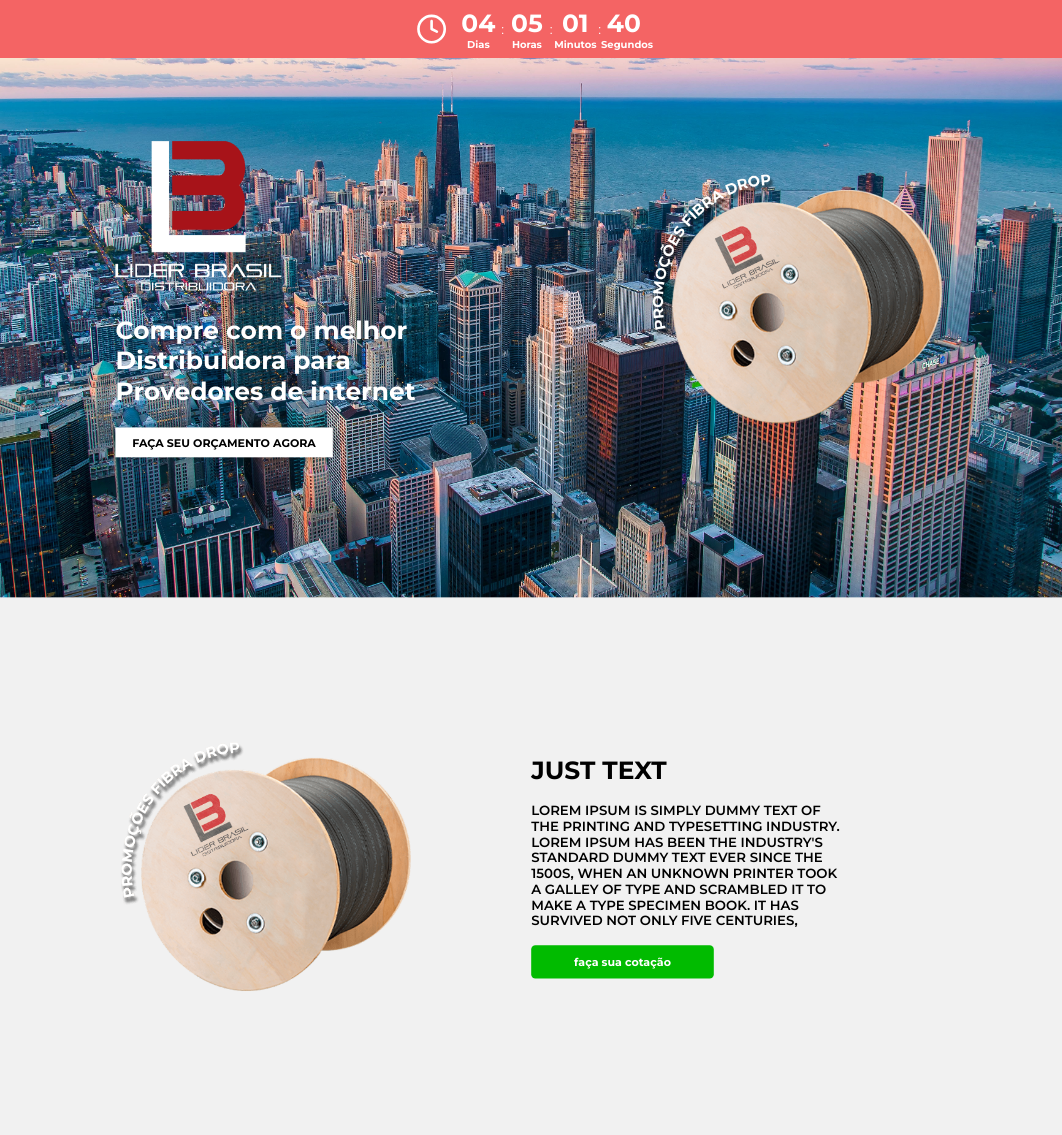
Repository: mateus-henrique-silva/landing_drop
Page: index.html
These files come from the project's save history. The page is drawn as it stood at one moment and after the next save; the edit follows.
The browser window is 1280 px wide. The pictures show the whole page, at 83% of full size.
Backgrounds fixed to the window are drawn as part of the page. Some web fonts or font styles are not loaded; a fallback is used.

Above is the page before, as saved 2022-08-26 13:21:52.

### index.html
<!DOCTYPE html>
<html lang="en">
  <head>
    <meta charset="UTF-8" />
    <meta http-equiv="X-UA-Compatible" content="IE=edge" />
    <meta name="viewport" content="width=device-width, initial-scale=1.0" />
    <link rel="stylesheet" href="./src/CSS/Footer/Styles.css" />
    <link rel="stylesheet" href="./src/CSS/Header/styles.css" />
    <link rel="stylesheet" href="./src/CSS/Main/styles.css" />
    <link rel="stylesheet" href="./src/CSS/Global.css" />
    <link rel="stylesheet" href="./src/CSS/Header/Clock/styles.css" />
    <link rel="stylesheet" href="./src/CSS/Main/cotação/cotacao.css" />
    <title>Drop Líder Brasil</title>
  </head>
  <body>
    <header>
      <img src="./src/Assets/clock.svg" alt="imagem icon" srcset="" />

      <div class="regressive-count">
        <div class="ajust">
          <div id="day">00</div>
          <p style="font-size: 12px">Dias</p>
        </div>
        <span>:</span>
        <div class="ajust">
          <div id="hour">00</div>
          <p style="font-size: 12px; text-align: center">Horas</p>
        </div>
        <span>:</span>
        <div class="ajust">
          <div id="minute">00</div>
          <p style="font-size: 12px">Minutos</p>
        </div>
        <span>:</span>
        <div class="ajust">
          <div id="sec">00</div>
          <p style="font-size: 12px">Segundos</p>
        </div>
      </div>
    </header>
    <main>
      <section class="main">
        <div class="main-first">
          <div class="main-first-two">
            <img src="./src/Assets/logo.png" alt="" class="logo" />
            <div class="text-main">
              <p>Compre com o melhor</p>
              <p>Distribuidora para</p>
              <p>Provedores de internet</p>
            </div>

            <button class="btn-main-first">Faça seu Orçamento Agora</button>
          </div>
        </div>
        <div class="main-second">
          <img src="./src/Assets/lb.png" alt="" class="img-drop" />
        </div>
      </section>

      <section class="icons"></section>
      <section class="cotacao">
        <div class="img-king-cable">
          <img src="./src/Assets/lb.png" alt="" class="king">
        </div>
        <div class="just-text">
          <h2>just text</h2>
          <p>
            Lorem Ipsum is simply dummy text of the printing and typesetting
            industry. Lorem Ipsum has been the industry's standard dummy text
            ever since the 1500s, when an unknown printer took a galley of type
            and scrambled it to make a type specimen book. It has survived not
            only five centuries,
          </p>
          <button class="btn-king">
            faça sua cotação
          </button>
        </div>
      </section>
    </main>
    <footer></footer>
    <script src="./src/Script/clock/script.js"></script>
  </body>
</html>

### src/CSS/Footer/Styles.css
footer{
    width: 100%;
}

### src/CSS/Header/styles.css
header{
    width:100%;
    position: fixed;
    background-color: #f46464;
    height:70px;
    display:flex;
    position:fixed;
    align-items:center;
    justify-content:center;
}


header img{
    width:38px;
    height:38x;
}

### src/CSS/Main/styles.css
main {
  width: 100%;
  max-width: 100vw;
}

.main {
  width: 100%;
  height: 100vh;
  display: flex;
  background: url("../../Assets/city.jpg") no-repeat fixed center;
  background-size: cover;
}

.main .main-first {
  display: flex;
  flex-direction: column;
  width: 50vw;
  align-items: center;
  justify-content: center;
  height: 100%;
}

.main .main-first img {
  width: 200px;
  height: 180px;
}
.main .main-first .text-main {
  color: white;
  margin-top: 25px;

  font-size: 30px;
  font-weight: bold;
  text-align: left ;
}
.main .main-second {
  width: 50vw;
  height: 100%;
  justify-content: center;
  align-items: center;
  display: flex;
}
.main .main-second img {
  width: 350px;
  height: 300px;
}

.btn-main-first {
  text-transform: uppercase;
  font-weight: bold;
  margin-top: 25px;
  cursor: pointer;
  padding: 10px 20px 10px;
  background-color: white;
  -webkit-box-shadow: 0px 0px 11px 1px rgba(0, 0, 0, 0.36);
  box-shadow: 0px 0px 11px 1px rgba(0, 0, 0, 0.36);
}


@media(max-width:836px){
  .main{
    display: block;
  }


.main .main-first {
  width: 100%;
  display: flex;
  flex-direction: column;
  justify-content: center;
  align-items: center;
  text-align: center;
}

.main .main-first .main-first-two .logo {
  width:160px;
  height: 150px;
  margin-top: 100px;
}
.text-main{
  text-align: center!important;
}
.main .main-second {
width: 100%;

margin-top:50px;

}

.main{
  height: 100%;
}
}

### src/CSS/Global.css


@import url('https://fonts.googleapis.com/css2?family=Blaka+Hollow&family=Cormorant+Garamond:ital,wght@0,300;0,400;0,500;0,600;0,700;1,300;1,400;1,500;1,600;1,700&family=Montserrat:ital,wght@0,100;0,200;0,300;0,400;0,500;0,600;0,700;0,800;0,900;1,100;1,200;1,300;1,400;1,500;1,600;1,700;1,800;1,900&family=Poppins:ital,wght@0,100;0,200;0,300;0,400;0,500;0,600;0,700;0,800;0,900;1,100;1,200;1,300;1,400;1,500;1,600;1,700;1,800;1,900&display=swap');
*{
    margin: 0;
    padding: 0;
    border: 0;
    font-family: 'Montserrat', sans-serif;
}

### src/CSS/Header/Clock/styles.css
header .regressive-count{
    display: flex;
    color: white;
    margin-left:10px;
    height:100%;
    align-items: center;
    justify-content: center;


}

header .regressive-count div{
   font-size:30px;

   font-weight:bold;



}

.ajust{
    text-align:center;
    width:55px;
}

### src/CSS/Main/cotação/cotacao.css
.cotacao {
  width: 100%;
  display: flex;
  height: 90vh;
  background-color:#f1f1f1;
  justify-content: center;
  align-items: center;
}
.img-king-cable{
    display: flex;
    justify-content:center;
    width: 50vw;
}

.img-king-cable .king{
  width: 350px;
  height:300px;
}

.just-text{
    display: flex;
    flex-direction: column;
    justify-content:center;
    color: black;
    width:50vw;
}

.just-text h2{
    font-size: 30px;
    text-transform: uppercase;
    font-weight:bold;
    margin-bottom: 20px;
}

.just-text p{
    text-transform: uppercase;
    font-weight:600;
    width: 60%;
}
.btn-king{
    cursor: pointer;
    font-weight: bold;
    color: white;
    border-radius: 5px;
    margin-top: 20px;
    background-color: #01bb00;
   width: 220px;
   height: 40px;
}
@media(max-width: 836px){
    .just-text{
        display: block;
        width:100%;
    }
    .img-king-cable{

        width: 100%;
    }

    .cotacao {

        flex-direction: column;
        align-items:center;
        justify-content:center;
       text-align: center;
    }
    .just-text p{

        width: 100%;
    }
}

### src/Assets/clock.svg
<svg xmlns="http://www.w3.org/2000/svg" width="24" height="24" viewBox="0 0 24 24" fill="none" color="white" stroke="currentColor" stroke-width="2" stroke-linecap="round" stroke-linejoin="round" class="feather feather-clock"><circle cx="12" cy="12" r="10"></circle><polyline points="12 6 12 12 16 14"></polyline></svg>

### src/Script/clock/script.js
let to = new Date("aug 30 2022 18:00:0");
function uptade() {
  let from = new Date();
  diff = to - from;

  (day = setTwoDigit(Math.floor(diff / 1000 / 60 / 60 / 24))),
    (hour = setTwoDigit(Math.floor(diff / 1000 / 60 / 60) % 24)),
    (minute = setTwoDigit(Math.floor(diff / 1000 / 60) % 60)),
    (sec = setTwoDigit(Math.floor(diff / 1000) % 60)),
    (document.querySelector("#day").innerText = day);
  document.querySelector("#hour").innerText = hour;
  document.querySelector("#minute").innerText = minute;
  document.querySelector("#sec").innerText = sec;
}

let interval = setInterval(uptade, 1000);
function setTwoDigit(argument){
    return argument>9?argument:'0'+argument;
}

After the next save:
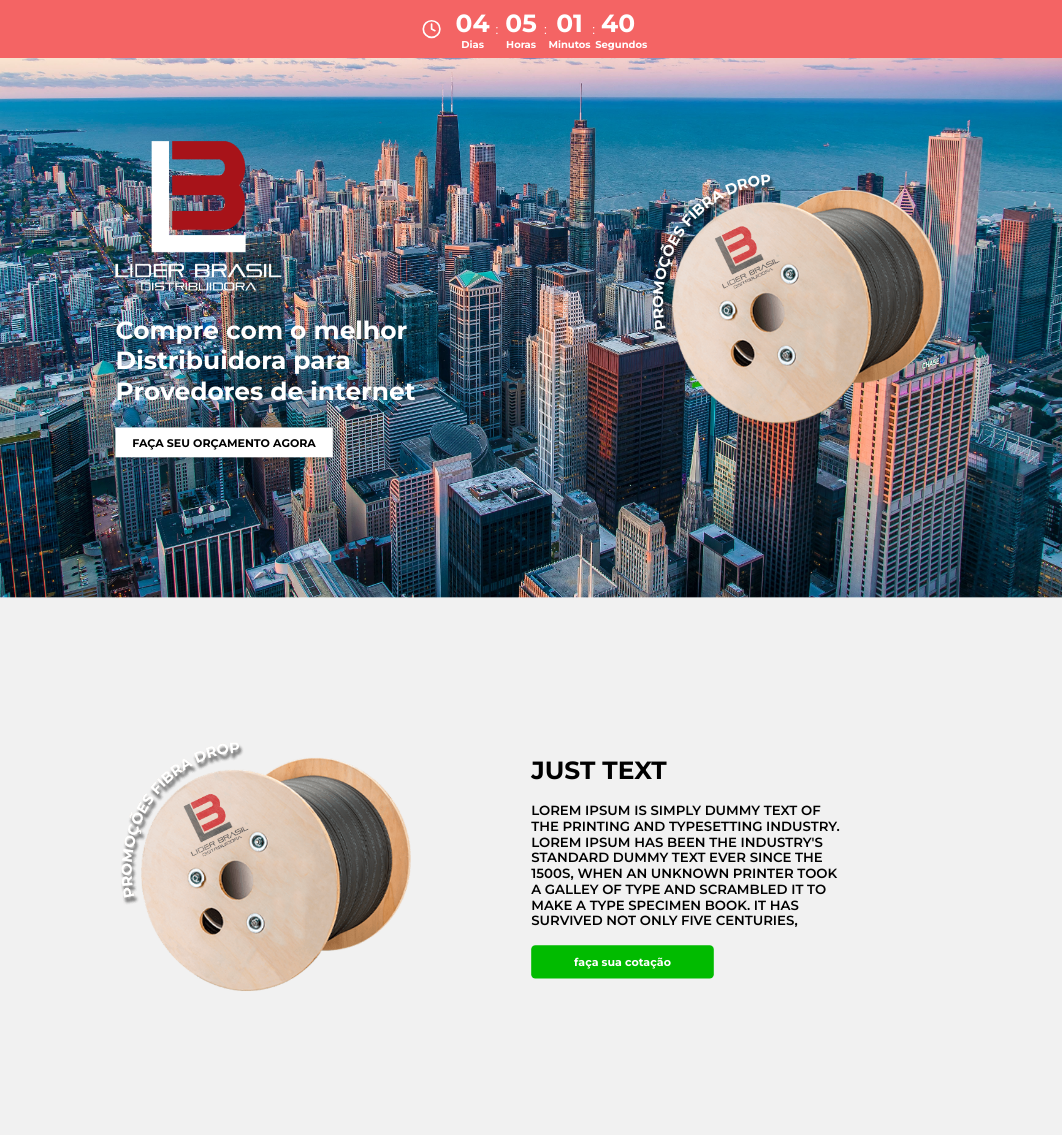
Saved 18 s later.
--- a/src/CSS/Header/styles.css
+++ b/src/CSS/Header/styles.css
@@ -8,7 +8,7 @@
     align-items:center;
     justify-content:center;
 }
-
+ap
 
 header img{
     width:38px;
